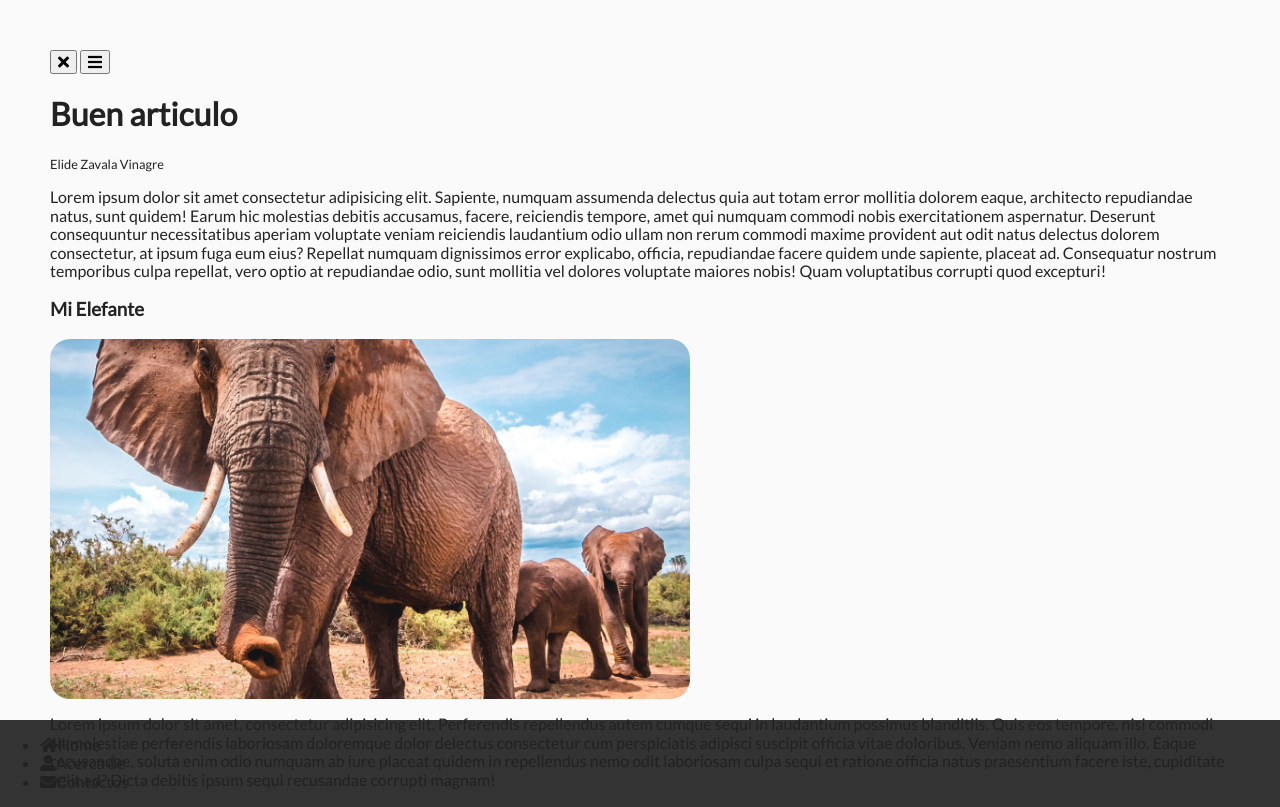
Repository: ElideZavala/Navagacion-en-rotacion
Page: index.html
The author's editor kept a copy of each file at every save. The page is drawn from the files as they stood at one save, then again after the next save.
The browser window is 1280 px wide. The pictures show the whole page.

Above is the page before, as saved 2021-05-29 08:57:48.

### index.html
<!DOCTYPE html>
<html lang="en">
<head>
	<meta charset="UTF-8">
	<meta http-equiv="X-UA-Compatible" content="IE=edge">
	<meta name="viewport" content="width=device-width, initial-scale=1.0">
	<link rel="stylesheet" href="https://cdnjs.cloudflare.com/ajax/libs/font-awesome/5.15.3/css/all.min.css" integrity="sha512-iBBXm8fW90+nuLcSKlbmrPcLa0OT92xO1BIsZ+ywDWZCvqsWgccV3gFoRBv0z+8dLJgyAHIhR35VZc2oM/gI1w==" crossorigin="anonymous" referrerpolicy="no-referrer" />
	<link rel="stylesheet" href="style.css">
	<link rel="stylesheet" href="normalize.css">
	<title>Navegación Giratoria</title>
</head>
<body>
	<div class="container">
		<div class="circle-container">
			<div class="circle">
				<button id="close">
					<i class="fas fa-times"></i>
				</button>
				<button id="open">
					<i class="fas fa-bars"></i>
				</button>
			</div>
		</div>

		<div class="content">
			<h1 class="title">Buen articulo</h1>
			<small>Elide Zavala Vinagre</small>
			<p>Lorem ipsum dolor sit amet consectetur adipisicing elit. Sapiente, numquam assumenda delectus quia aut totam error mollitia dolorem eaque, architecto repudiandae natus, sunt quidem! Earum hic molestias debitis accusamus, facere, reiciendis tempore, amet qui numquam commodi nobis exercitationem aspernatur. Deserunt consequuntur necessitatibus aperiam voluptate veniam reiciendis laudantium odio ullam non rerum commodi maxime provident aut odit natus delectus dolorem consectetur, at ipsum fuga eum eius? Repellat numquam dignissimos error explicabo, officia, repudiandae facere quidem unde sapiente, placeat ad. Consequatur nostrum temporibus culpa repellat, vero optio at repudiandae odio, sunt mollitia vel dolores voluptate maiores nobis! Quam voluptatibus corrupti quod excepturi!</p>

			<h3 class="title">Mi Elefante</h3>
			<img class="img" src="./Elefante.jpg" alt="Elefante">
			<p>Lorem ipsum dolor sit amet, consectetur adipisicing elit. Perferendis repellendus autem cumque sequi in laudantium possimus blanditiis. Quis eos tempore, nisi commodi sit molestiae perferendis laboriosam doloremque dolor delectus consectetur cum perspiciatis adipisci suscipit officia vitae doloribus. Veniam nemo aliquam illo. Eaque recusandae, soluta enim odio numquam ab iure placeat quidem in repellendus nemo odit laboriosam culpa sequi et ratione officia natus praesentium facere iste, cupiditate velit ad? Dicta debitis ipsum sequi recusandae corrupti magnam!</p>
		</div>
	</div>

	<nav>
		<ul>
			<li><i class="fas fa-home"></i>Home</li>
			<li><i class="fas fa-user-alt"></i>Acerca de</li>
			<li><i class="fas fa-envelope"></i>Contactos</li>
		</ul>
	</nav>



	<script src="./script.js"></script>
</body>
</html>

### style.css
@import url('https://fonts.googleapis.com/css?family=Lato&display=swap');

* {
	box-sizing: border-box;
}

body {
	font-family: 'Lato', sans-serif;
	background-color: #333;
	color: #222;
	overflow: hidden;
	margin: 0;
}

.container {
	background-color: #fafafa;
	transform-origin: top left;
	transition: transform 0.5s linear;
	width: 100vw;
	height: 100vh;
	padding: 50px;

}

.container.show-nav {
	transform: rotate(-20deg);
}

.img{
	width: 50vw;
	height: 50vh;
	display: flex;
	border-radius: 20px;
	object-fit: cover;
}

Loaded but not shown: normalize.css (library); script.js (no stored copy; drawn as an empty file)

After the next save:
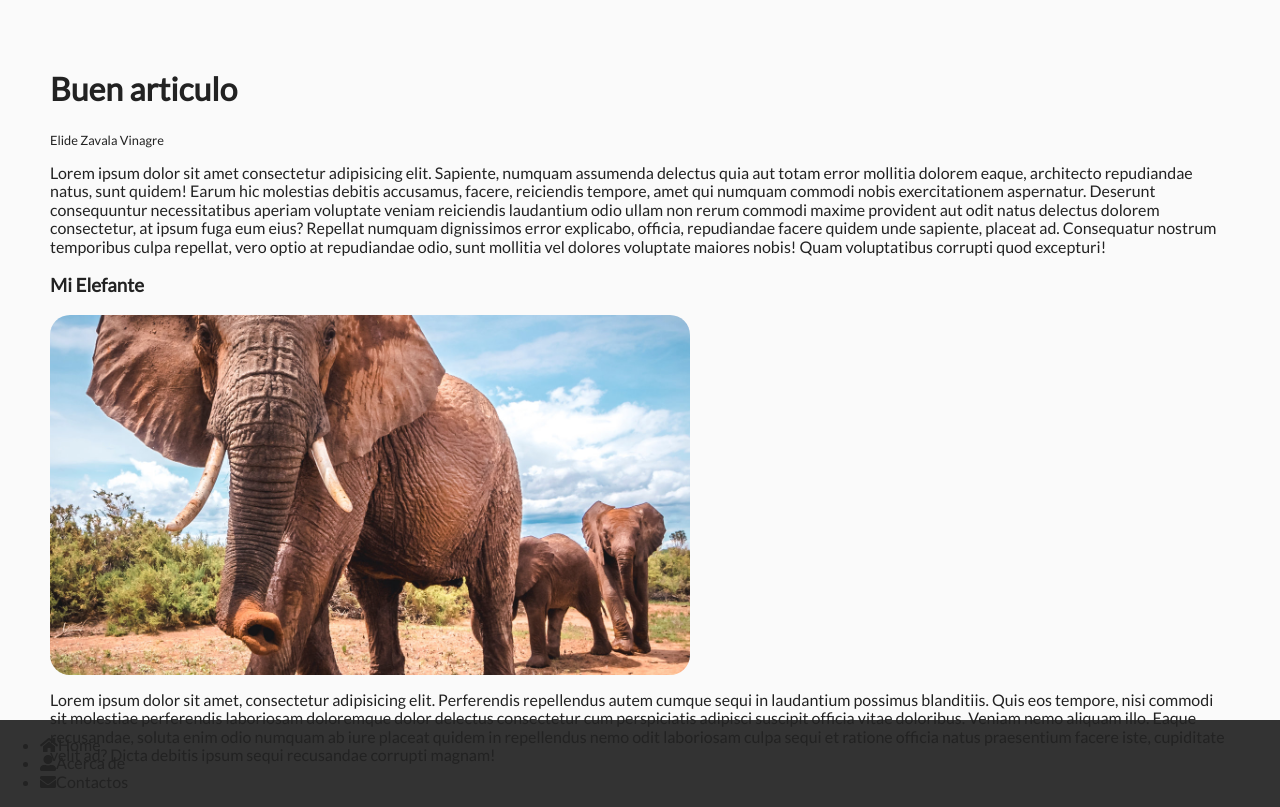
Saved 2 min 26 s later.
--- a/style.css
+++ b/style.css
@@ -19,7 +19,6 @@ body {
 	width: 100vw;
 	height: 100vh;
 	padding: 50px;
-
 }
 
 .container.show-nav {
@@ -33,3 +32,10 @@ body {
 	border-radius: 20px;
 	object-fit: cover;
 }
+
+.circle-container {
+	position: fixed;
+	background-color: red;
+	top: -100px;
+	left: -100px;
+}
